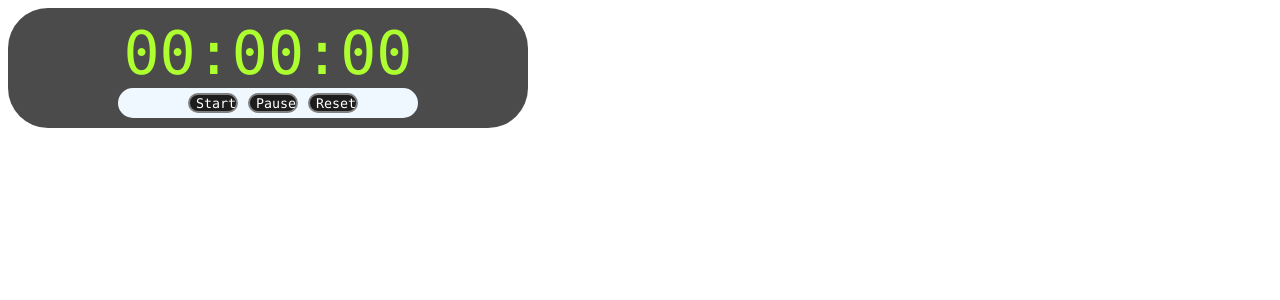
Repository: albinsabu2023/Stopwatch-program
Page: index.html
An editor plug-in stored every save of this project. The page is shown before and after the next save, followed by the edit.
The browser window is 1280 px wide. The pictures show the whole page.

Above is the page before, as saved 2023-03-03 23:23:48.

### index.html
<!DOCTYPE html>

<head>
    <meta charset="UTF-8">
    <meta http-equiv="X-UA-Compatible" content="IE=edge">
    <meta name="viewport" content="width=device-width, initial-scale=1.0">
    <link rel="stylesheet" href="style.css">
    <title>Document</title>
</head>
<body>
    <div class="container">
        <label id="time">00:00:00</label>
        <div class="button">
            <button id="start">Start</button>
            <button id="pause">Pause</button>
            <button id="reset">Reset</button>
        </div>

    </div>
    <script src="index.js"></script>
</body>
</html>

### style.css
.container{
    background-color: rgb(75, 75, 75);
    height: 100px;
    width: 500px;
    display: flex;
    flex-direction: column;
    align-items: center;
    justify-content: center;
    padding: 10px;
    border-radius: 40px;
}
.button{
    background-color: aliceblue;
    width: 300px;
    height: 40px;
    display: flex;
    align-items: center;
    justify-content: center;
    border-radius: 20px;
}
#start,#reset,#pause{
    border: 2px solid gray;
    border-radius: 30px;
    margin-left: 10px;
    background-color: rgb(29, 29, 29);
    height: 20px;
    width: 50px;
    color: white;
    font-family: consolas, monospace;
}
#time{
    font-size:60px;
    color:greenyellow;
    font-family:consolas, monospace;

}
#start:hover,
#reset:hover,
#pause:hover {

    background-color: rgb(112, 111, 111);
    height: 20px;
    width: 50px;
    color: rgb(4, 4, 4);
    border-color: black;
    transition-duration: 1000;
}

### index.js
//canvas api

//DRAW LINES
//-------------------
// let can = document.getElementById("canvas");
// let context = can.getContext("2d");
// context.lineWidth = 10;
// context.strokeStyle = "purple";
// context.beginPath();
// context.moveTo(0, 0);
// context.lineTo(250, 250);
// context.lineTo(500, 0);
// context.moveTo(250, 250);
// context.lineTo(250, 500);

// context.stroke();

//DRAW TRIANGLE
//--------------------
//  <canvas id="canvas" width="500" height="500"></canvas>;
// let can = document.getElementById("canvas");
// let context = can.getContext("2d");
// context.beginPath();
// context.lineWidth = 2;
// context.moveTo(0, 250);
// context.lineTo(250, 0);
// context.lineTo(500, 250);
// context.lineTo(250, 250);
// context.lineTo(0, 250);
// context.fillStyle = "red";
// context.fill();
// context.stroke();

//DRAW RETANGLE
//------------------
//  <canvas id="canvas" width="500" height="500"></canvas>;
// let can = document.getElementById("canvas");
// let context = can.getContext("2d");
// context.strokeRect(0, 0, 250, 250);

//DRAW CIRCLE
//----------------
// let can = document.getElementById("canvas");
// SYNTAX--->context.arc(startcord x,startcord y,radius,start angle,end angle,)

// let context = can.getContext("2d");

// context.arc(250, 250, 200, 0, 2 * Math.PI);

// context.lineWidth = 10;
// context.strokeStyle = "purple";
// context.fillStyle = "cyan";
// context.fill();
// context.stroke();

//WINDOW  --->interface to tlak with computer
//---------------------
//window.scrollx()
//window.loacation.hostname;
//window.loaacation.href="url"
//window.innerWidth
//window.open()//can pas if another page as url
//window.close()
//window.print()
//window.confirm()
//window.prompt()

After the next save:
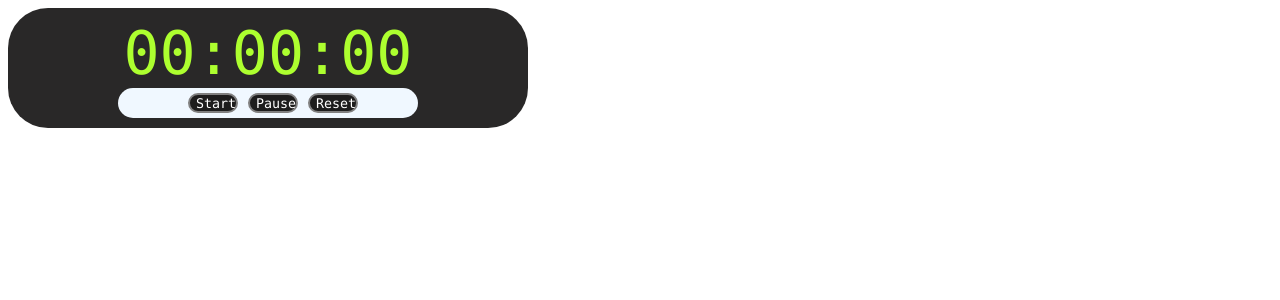
Saved 32 s later.
--- a/style.css
+++ b/style.css
@@ -1,5 +1,5 @@
 .container{
-    background-color: rgb(75, 75, 75);
+    background-color: rgb(41, 40, 40);
     height: 100px;
     width: 500px;
     display: flex;
@@ -8,6 +8,7 @@
     justify-content: center;
     padding: 10px;
     border-radius: 40px;
+    box-shadow: 0px,10px,50px ,rgba(0,0,1);
 }
 .button{
     background-color: aliceblue;
